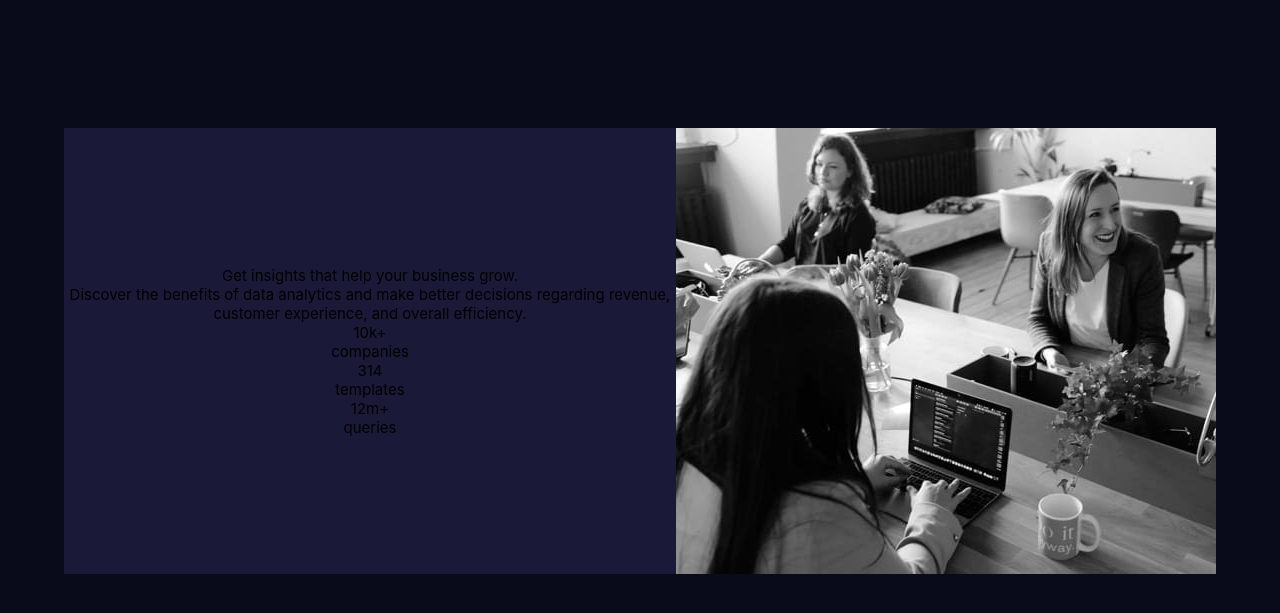
Repository: superZXMzzl/FrontendMentor
Page: stats-preview-card-component-main/index.html
An editor plug-in stored every save of this project. The page is shown before and after the next save, followed by the edit.
The browser window is 1280 px wide. The pictures show the whole page.

Above is the page before, as saved 2022-05-09 18:29:49.

### stats-preview-card-component-main/index.html
<!DOCTYPE html>
<html lang="en">
<head>
  <meta charset="UTF-8">
  <meta name="viewport" content="width=device-width, initial-scale=1.0"> <!-- displays site properly based on user's device -->

  <link rel="icon" type="image/png" sizes="32x32" href="./images/favicon-32x32.png">
  <link rel="stylesheet" href="./style.css">
  <title>Frontend Mentor | Stats preview card component</title>
</head>
<body>
  <div class="container">
    <div class="left">
      <p class="title">Get insights that help your business grow.</p>
      <p class="description">Discover the benefits of data analytics and make better decisions regarding revenue, customer
        experience, and overall efficiency.</p>
      <div class="sta">
        <div class="staInfo">
          <p class="staTitle">10k+</p>
          <p class="staDetail">companies</p>
        </div>
        <div class="staInfo">
          <p class="staTitle">314</p>
          <p class="staDetail">templates</p>
        </div>
        <div class="staInfo">
          <p class="staTitle">12m+</p>
          <p class="staDetail">queries</p>
        </div>
      </div>
    </div>
    <img src="./images/image-header-desktop.jpg" class="image">
  </div>
</body>
</html>

### stats-preview-card-component-main/style.css
* {
    font-size: 15px;
    font-family: 'Inter', sans-serif;
    font-weight: 400;
    margin: 0;
    padding: 0;
}

body {
    background-color: hsl(233, 47%, 7%);
    min-height: 100vh;
    background-size: contain;
    position: relative;
}

.container{
    margin: 10% 5%;

    position: absolute;
    display: flex;
    text-align: center;
    align-items: center;
    max-width: 90%;
    background-color: hsl(244, 38%, 16%);
}

After the next save:
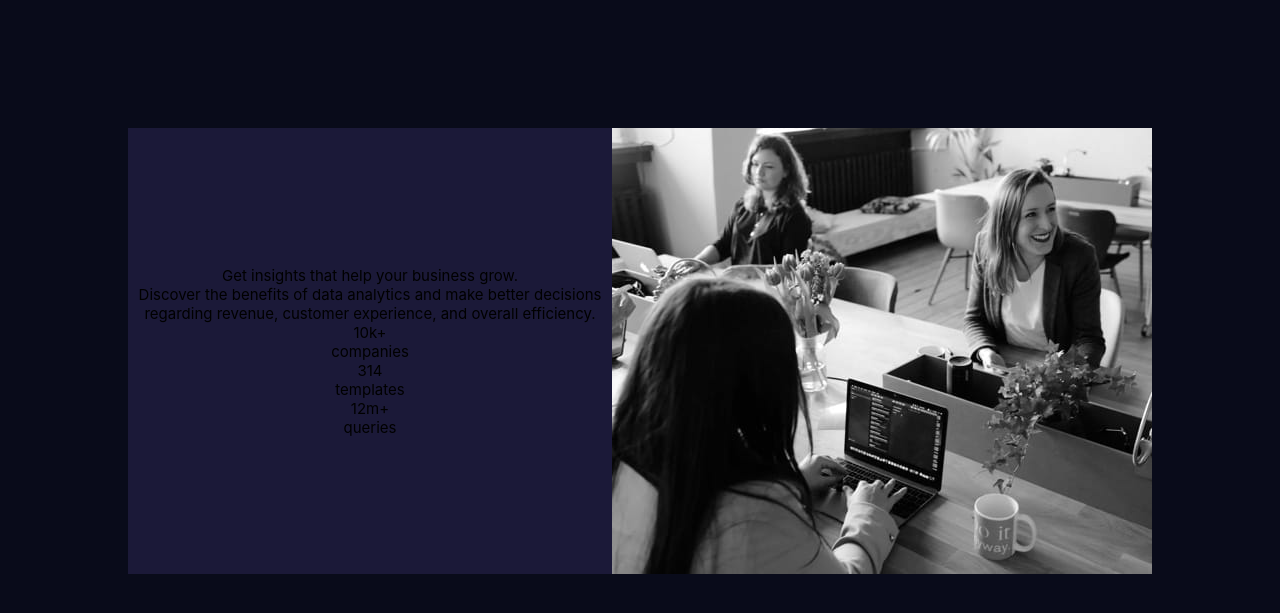
Saved 13 s later.
--- a/stats-preview-card-component-main/style.css
+++ b/stats-preview-card-component-main/style.css
@@ -14,7 +14,7 @@ body {
 }
 
 .container{
-    margin: 10% 5%;
+    margin: 10% 10%;
 
     position: absolute;
     display: flex;
